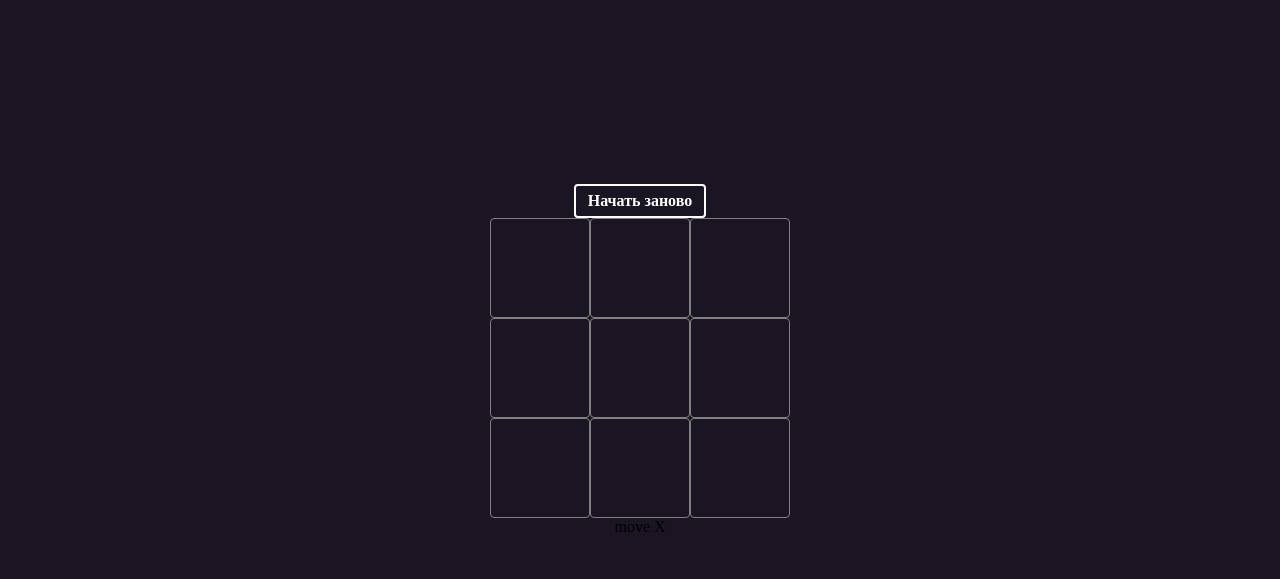
Repository: Minkeani/TIC-TAC_TOE
Page: /
These files come from the project's save history. The page is drawn as it stood at one moment and after the next save; the edit follows.
The browser window is 1280 px wide. The pictures show the whole page.
Some web fonts or font styles are not loaded; a fallback is used. The project was rebuilt for these pictures with package versions that can differ from the ones it lists, and the page was loaded fresh each time.

Above is the page before, as saved 2022-05-22 16:53:42.

### public/index.html
<!DOCTYPE html>
<html lang="en">
  <head>
    <meta charset="utf-8" />
    <link rel="icon" href="%PUBLIC_URL%/favicon.ico" />
    <meta name="viewport" content="width=device-width, initial-scale=1" />
    <title>React App</title>
    <link rel="preconnect" href="https://fonts.googleapis.com">
<link rel="preconnect" href="https://fonts.gstatic.com" crossorigin>
<link href="https://fonts.googleapis.com/css2?family=Koulen&display=swap" rel="stylesheet">
  </head>
  <body>
    <div id="root"></div>
  </body>
</html>

### src/index.css
* {
  font-family: 'Koulen', cursive;
  margin: 0;
  padding: 0;
  box-sizing: border-box
}

### src/App.js
import './App.css';
import Game from './components/Game';

function App() {
  return (
    <div className="App">
     <Game/>
    </div>
  );
}

export default App;

### src/components/Game.jsx
import React, { useState } from 'react'
import './Game.css'
import { calWin } from '../helper'
import Board from './Board'
import { within } from '@testing-library/react'

export default function Game() {

    const [board, setBoard] = useState(Array(9).fill(null))


    const [xIs, setXIs] = useState(true)

    const winner = calWin(board)

    const HandleClick = (index) => {
        const BoardCopy = [...board]

        if(winner || BoardCopy[index]) return

        BoardCopy[index] = xIs ? 'X' : 'O'

        setBoard(BoardCopy)
        setXIs(!xIs)
    }

    const startNewGame = () => {
        return (
            <button className='startNewGame'
            onClick={() => setBoard(Array(9).fill(null))}
            >
                Начать заново
            </button>
        )
    }

  return (
    <div className='wrapper'>
        {startNewGame()}
      <Board
      squares={board}
      click={HandleClick}
      />
      <p>{winner ? 'Winner ' + winner : 'move' + (xIs ? ' X' : ' O')}</p>
    </div>
  )
}

### src/components/Game.css
.wrapper {
    min-height: 100vh;
    width: 100%;
    background: #1b1523;
    display: flex;
    align-items: center;
    justify-content: center;
    flex-direction: column
}

button {
    background: none;
    border: 2px solid #fff;
    border-radius: 4px;
    color: #fff;
    cursor: pointer;
    font-size: 1em;
    font-weight: 700;
    padding: 6px 12px;
}

button:hover {
    background: #ff4684;;
    color: #fff;
}

.startNewGame {
    margin-botton: 15px;
}

### src/helper.js
export function calWin(sq) {
    const lin = [
        [0, 1, 3],
        [3, 4, 5],
        [6, 7, 8],
        [0, 3, 6],
        [1, 4, 7],
        [2, 5, 8],
        [0, 4, 8],
        [2, 4, 6],
    ]

    for(let i = 0; i < lin.length; i++) {
        const [a, b, c] = lin[i]
        if(sq[a] && sq[a] === sq[b] && sq[a] === sq[c]) {
            return sq[a]
        }
    }
    return null
}

### src/components/Board.jsx
import React from 'react'
import './Board.css'
import Square from './Square'

export default function Board({squares, click}) {


  return (
    <div className='board'>
      {
          squares.map((square, index) => (
              <Square
                key={index}
                value={square}
                onClick={() => click(index)}
              />
          ))
      }
    </div>
  )
}

### src/components/Board.css
.board {
    width: 300px;
    height: 300px;
    /* background-color: red; */
    display: flex;
    flex-wrap: wrap
}

### src/components/Square.jsx
import React from 'react'
import './Square.css'

export default function Square(props) {
  return (
    <button className='square'
    onClick={props.onClick}
    >
      {props.value}
    </button>
  )
}

### src/components/Square.css
.square {
    width: 100px;
    height: 100px;
    /* background: white; */
    border: 1px solid gray;
    cursor: pointer;
    outline: none;
    align-items: center;
    font-size: 25px;
    justify-content: center;
    display: flex
}

Loaded but not shown: src/index.js (common file); src/App.css (common file)

After the next save:
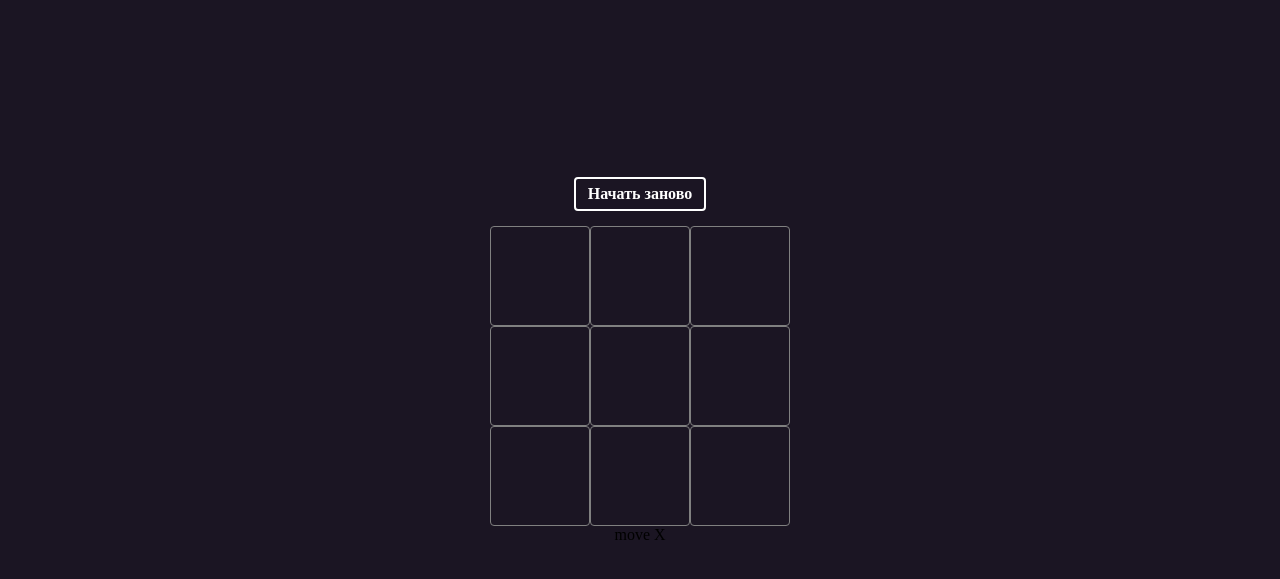
Saved 30 s later.
--- a/src/components/Game.css
+++ b/src/components/Game.css
@@ -25,5 +25,5 @@ button:hover {
 }
 
 .startNewGame {
-    margin-botton: 15px;
+    margin-bottom: 15px;
 }
